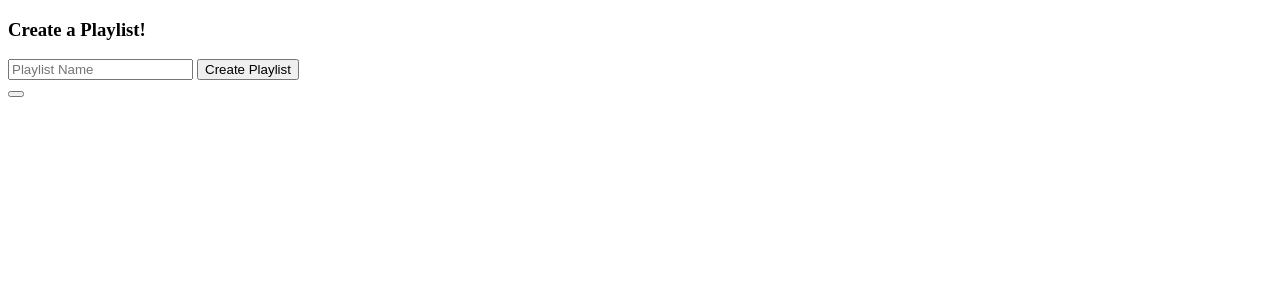
Repository: randysteele/tunify
Page: tunify-frontend/index.html
These files come from the project's save history. The page is drawn as it stood at one moment and after the next save; the edit follows.
The browser window is 1280 px wide. The pictures show the whole page.
The page's requests for data from a server got no answer.

Above is the page before, as saved 2020-06-10 14:27:40.

### tunify-frontend/index.html
<!DOCTYPE html>
<html lang="en" dir="ltr">
  <head>
    <meta charset="utf-8">
    <title></title>
    <!-- <script type="application/javascript" src="src/playlist.js" charset="UTF-8"></script> -->
    <script type="application/javascript" src="src/index.js" charset="UTF-8"></script>

  </head>
  <body>




    <div class="form-container">
      <h3>Create a Playlist!</h3>

      <form id="create-playlist-form" class="form" >
        <input id="input-name" type="text" name="name" value="" placeholder="Playlist Name">
        <!-- <input id="artist-name" type="text" name="artist-name" value="" placeholder="Artist Name">
        <input id="track-image" type="text" name="track-image" value="" >
        <input id="track-id" type="text" name="track-id" value="" >
        <input id="title-preview" type="text" name="track-preview" value="" >
       -->
        <input id="create-button" type ="submit" name="submit" value="Create Playlist">



        </form>


      <div id="playlist-container">
        <form>


     </script>
      </div>
       <div id = "song-container">
        <form>
       <button id="add-button.playlist.id" type="click" name="click" value ="click here">
      </form>
<script>
  function addSongsToPlaylist(e){
         e.preventDefault()
        const addSong = document.getElementById("add-button.playlist.id")
        addSong.addEventListener("click", (e) => newTrack(e))
        addSong.preventDefault()
        addSong.appendChild
  }
</script>
       </button>
      </div>

       </div>





    </div>

    <form method = "post" action="url to script">
        <label for="Track"></label>


    </form>
    </body>

  </html>

### tunify-frontend/src/index.js
const BACKEND_URL = 'http://localhost:3000/api/v1/playlists/top_country'
const endpoint = 'http://localhost:3000/api/v1/playlists/'

document.addEventListener('DOMContentLoaded', () => {
  getPlaylists();


  const createPlaylistForm  = document.getElementById("create-playlist-form");
  createPlaylistForm.addEventListener("submit", (e) => createFormHandler(e)
  );



function getPlaylists(){
  fetch(BACKEND_URL)
  .then(response => response.json())
  .then(list  => {
  list.data.forEach(playlist=> {
    const playlistMarkup =     `
       <div data-id=${playlist.id}>
       <h3>Title: ${playlist.attributes.name}</h3>
       <input id="add-button.playlist.id" type ="submit" name="submit" value="Add ${playlist.attributes.name} To Playlist">
       <h4> Artist: ${playlist.attributes.artist}</h4>
        <img src="${playlist.attributes.image}"</img>  <br>
        Click here for a preview!<a href> <br> ${playlist.attributes.preview}</a>
        <br>
        </div>
        <br><br>`
        document.getElementById("add-button.playlist.id").innerHTML += playlistMarkup


        const addSong = document.getElementById("add-button.playlist.id")
        addSong.addEventListener("click", (e) => newTrack(e))


        })

        })
      }


      function createFormHandler(e){
        e.preventDefault()
        let nameInput = document.getElementById("input-name").value
        postFetch(nameInput)


      }

      function createButtonHandler(e){
        e.preventDefault()
        let buttonClick = document.getElementById("add-button.playlist.id").value
        newTrack
      }

function postFetch(name, artist, image, preview, playlist_id) {
  const bodyData = {name, artist, image, preview, playlist_id}
  fetch(endpoint, {
    method: "POST",
    headers: {"Content-Type": "application/json"},
    body: JSON.stringify(bodyData)
    })
  .then(response => response.json())
  .then(playlist => {
    // const playlistData = playlist.data
    const playlistMarkup = `
    <div data-id=${playlist.id}>
    <h3>Title: ${playlist.name}</h3>
    <button data-id=${playlist.id}>EDIT!</button>
    </div>
        `
    document.getElementById("add-button.playlist.id").innerHTML += playlistMarkup
    // this is the event listener for create playlist.
  })
}

function newTrack(event){
  const playlistId = event.target.dataset.playlistId

  const playlistData = {
    playlistId: playlistId
  }

  }
}
 );

After the next save:
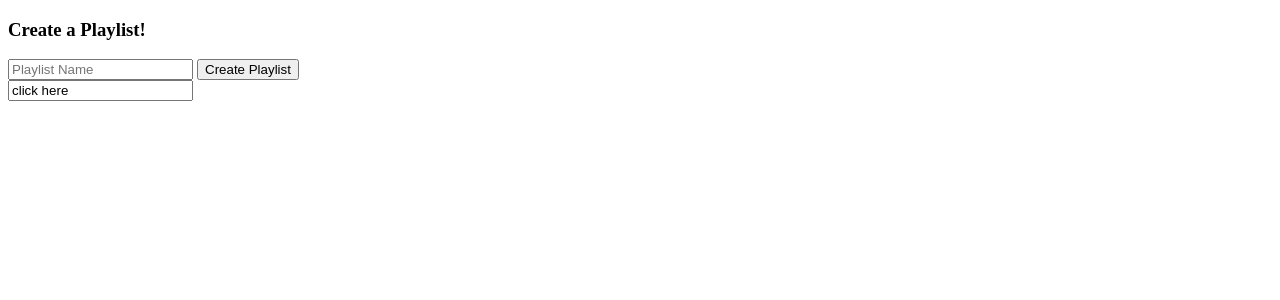
Saved 6 min 3 s later.
--- a/tunify-frontend/index.html
+++ b/tunify-frontend/index.html
@@ -37,7 +37,7 @@
       </div>
        <div id = "song-container">
         <form>
-       <button id="add-button.playlist.id" type="click" name="click" value ="click here">
+       <input id="add-button.playlist.id" type="click" name="click" value ="click here"></form></input>
       </form>
 <script>
   function addSongsToPlaylist(e){
